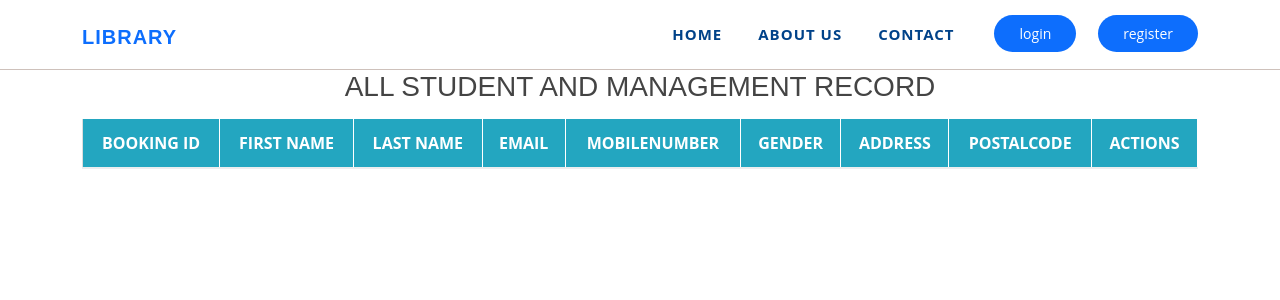
Repository: gousiya669/edubridgeprojects
Page: http://localhost/index
An editor plug-in stored every save of this project. The page is shown before and after the next save, followed by the edit.
The browser window is 1280 px wide. The pictures show the whole page.
The page is this project's Thymeleaf template; nobody is signed in. The template is opened directly, without the code that normally fills it, so the values that code supplies are empty.

Above is the page before, as saved 2021-10-05 06:12:03.

### java code/eclipse-workspace/shoppingmart/src/main/resources/templates/index.html
<!DOCTYPE html>
<html xmlns="http://www.w3.org/1999/xhtml"
      xmlns:th="http://www.thymeleaf.org">
<head>
<link href="https://cdn.jsdelivr.net/npm/bootstrap@5.1.1/dist/css/bootstrap.min.css" rel="stylesheet" integrity="sha384-F3w7mX95PdgyTmZZMECAngseQB83DfGTowi0iMjiWaeVhAn4FJkqJByhZMI3AhiU" crossorigin="anonymous">
<style>
/*--------------------------------------------------------------
# General
--------------------------------------------------------------*/
body {
  font-family: "Open Sans", sans-serif;
  color: #444444;
}

a {
  /*color: #0d6efd;*/
  text-decoration: none;
}

a:hover {
  /*color: #86db9f;*/
  text-decoration: none;
}

h1, h2, h3, h4, h5, h6 {
  font-family: "Raleway", sans-serif;
}

/*
==========================================
   Header Design
==========================================
*/
.navigation-wrap {
    /*position: fixed;*/
    width: 100%;
    left: 0;
    z-index: 1000;
    -webkit-transition: all 0.3s ease-out;
    transition: all 0.3s ease-out;
    padding: 15px 0;
}
.navigation-wrap .nav-item{
  padding:0 0.625rem;
  transition:all 200ms linear;
}
.navbar-toggler:focus{
  outline:unset;
  border:unset;
  box-shadow: none;
}
.nav-link{
  font-size:0.9375rem;
  font-weight: 600;
  text-transform: capitalize;
  color:var(--primary-color);
  letter-spacing: 1px;
}
.navigation-wrap .main-btn{
  padding:0.3125rem 1.4375rem;
  box-shadow: none;
  margin-left:0.625rem;
}

/* Change navbar styling on scroll */

.navigation-wrap.scroll-on{
  position:fixed;
  top:0;
  left:0;
  width:100%;
  background:var(--white-color);
  box-shadow: 0 0.125rem 1.75rem 0 rgb(0,0,0,0.09);
  transition:all .15s ease-in-out 0s;
}



     nav.navbar.navbar-expand-lg.navigation-wrap {
    /* background: linear-gradient(to right, rgba(38,183,231,1) 0%, rgba(68,221,97,1) 100%) !important; */
    background: white;
    border-bottom: 1px solid #cec1bb;
}

a.nav-link {
    color: #004289;
    font-weight: 700;
    text-transform: uppercase;
}
.login {
  margin-left: 22px;
  background: #0d6efd;
  color: #fff;
  border-radius: 50px;
  padding: 8px 25px;
  white-space: nowrap;
  transition: 0.3s;
  font-size: 14px;
  display: inline-block;
}

.login:hover {
  background: #0d6efd;
  color: #fff;
}
.logo {
    font-size: 30px;
    margin: 0;
    padding: 0;
    line-height: 1;
    font-weight: 600;
    letter-spacing: 1px;
    text-transform: uppercase;
    font-family: "Poppins", sans-serif;
}

@media (max-width: 768px) {
  .get-started-btn {
    margin: 0 15px 0 0;
    padding: 6px 18px;
  }
}


.table-responsive {
    display: block;
    width: 100%;
    overflow-x: auto;
    -ms-overflow-style: -ms-autohiding-scrollbar;
}
.table-responsive table.table {
    border: 1px solid #dddddd;
    border-top: 0px;
}
.table-responsive .table {
    width: 100%;
    max-width: 100%;
    margin-bottom: 1rem;
}
.table-responsive table.table tr th {
    background-color: #089cb9e3;
    color: #fff;
    text-transform: uppercase;
    text-align: center;
    padding: 12px;
    border-right: 1px solid #fff;
}
.table-responsive .table thead th {
    vertical-align: bottom;
    border-bottom: 2px solid #eceeef;
}
.table-responsive table.table tr:nth-child(odd) td {
    background-color: #fcfcfc;
}
.table-responsive table.table tr td {
    text-align: center;
    padding: 12px;
    border-right: 1px solid #fff;
}


.table-responsive a.update {
    color: black;
    background: #e8dedecc;
}

.table-responsive a.view {
    background: rgba(0,150,136,.1);
    color: #009688;
}
 .table-responsive a.cancel {
    background: rgba(233,30,99,.1);
    color: #e91e63;
}

 .table-responsive a {
    background: #f4f5f7;
    padding: 5px 15px;
    font-size: 13px;
    display: inline-block;
}
a
{
    text-decoration: none;
}



</style>
<meta charset="utf-8"/>
<title>Shopping mart</title>

</head>
<body>

 <header>
      <nav class="navbar navbar-expand-lg navigation-wrap">
        <div class="container">
   <h1 class="logo me-auto"><a href="index.html" class="navbar-brand">Library</a></h1>
          <button class="navbar-toggler" type="button" data-bs-toggle="collapse" data-bs-target="#navbarText"
            aria-controls="navbarText" aria-expanded="false" aria-label="Toggle navigation">
            <i class="fas fa-stream navbar-toggler-icon"></i>
          </button>
          <div class="collapse navbar-collapse" id="navbarText">
            <ul class="navbar-nav ms-auto mb-2 mb-lg-0">
              <li class="nav-item">
                <a class="nav-link active" aria-current="page" href="index.html">Home</a>
              </li>
              <li class="nav-item">
                <a class="nav-link" href="about.html">About Us</a>
              </li>
              <li class="nav-item">
                <a class="nav-link" href="contact.html">Contact</a>
              </li>


              <li><a href="login.html" class="login">login</a></li>
                <li><a href="register.html" class="login">register</a></li>
            </ul>
          </div>
        </div>
      </nav>
    </header>







    <section>
 <div class="container">


<h3 class="text-center mb-3 ">ALL STUDENT AND MANAGEMENT RECORD</h3>



<div class="table-responsive">
               <table class="table">
                <thead>
                  <tr>
                <th>Booking id</th>
                <th>First Name</th>
                <th>Last Name</th>
                <th>email</th>
                <th>MobileNumber</th>
                <th> Gender</th>
                <th>address</th>
                 <th>Postalcode</th>
                  <th>Actions</th>

            </tr>
                </thead>
                <tbody>
                  <tr th:each="myprofile : ${myprofileList}">
            	<td th:text="${myprofile.regid}">regid</td>
                <td th:text="${myprofile.firstname}"> firstname</td>
                <td th:text="${myprofile.lastname}">lastname</td>
                <td th:text="${myprofile.email}"> email</td>
                <td th:text="${myprofile.mobilenumbers}">mobilenumber</td>
                <td th:text="${myprofile.gender}">gender</td>
                <td th:text="${myprofile.address}">address</td>
                <td th:text="${myprofile.postalcode}">postalcode</td>


               <td>
                	<a th:href="@{/myprofile/{id}(id=${myprofile.regid})}">Edit</a>
                	&nbsp;&nbsp;&nbsp;

                </td>
            </tr>
                </tbody>
              </table>
             </div>
</div>


</section>













</body>
</html>

After the next save:
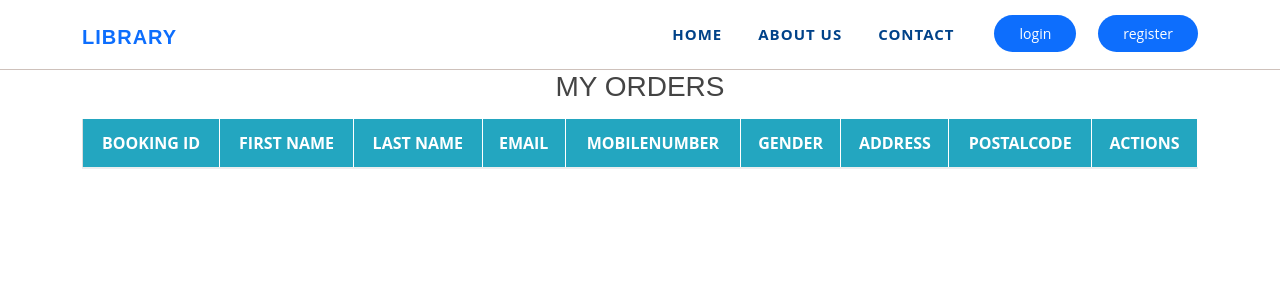
Saved 95 s later.
--- a/java code/eclipse-workspace/shoppingmart/src/main/resources/templates/index.html
+++ b/java code/eclipse-workspace/shoppingmart/src/main/resources/templates/index.html
@@ -232,7 +232,7 @@ a
  <div class="container">
 
 
-<h3 class="text-center mb-3 ">ALL STUDENT AND MANAGEMENT RECORD</h3>
+<h3 class="text-center mb-3 ">MY ORDERS</h3>
 
 
 
